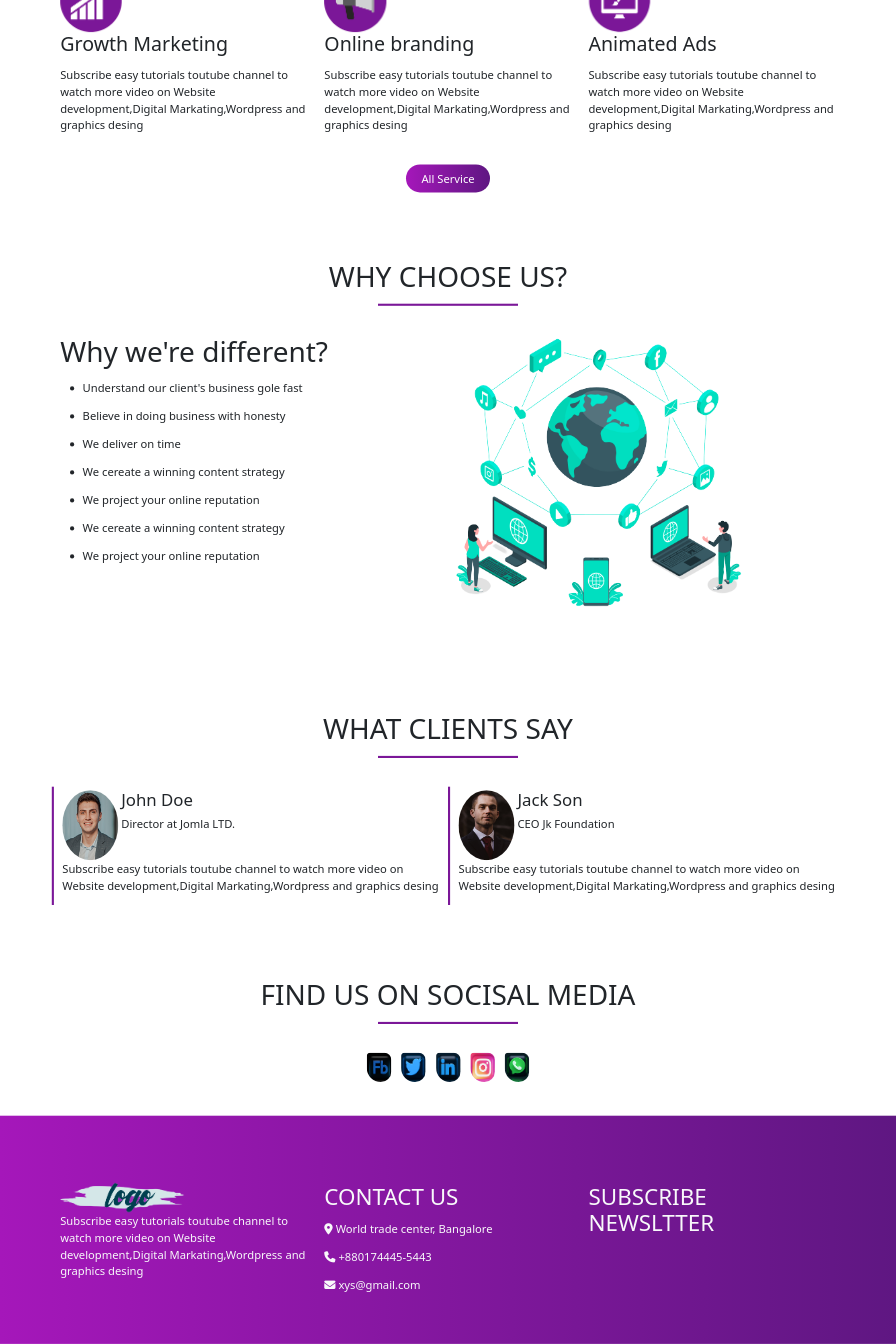
Repository: zjria/PSD-to-HTML-DIGITAL-AGENCY
Page: index.html
These files come from the project's save history. The page is drawn as it stood at one moment and after the next save; the edit follows.
The browser window is 1280 px wide. The pictures show the part of the page from y = 737 to 2657 px (the page is 2657 px tall before and 2652 px after), at 70% of full size.
Some web libraries are served in a nearby version.

Above is the page before, as saved 2022-05-11 23:14:11.

After the next save:
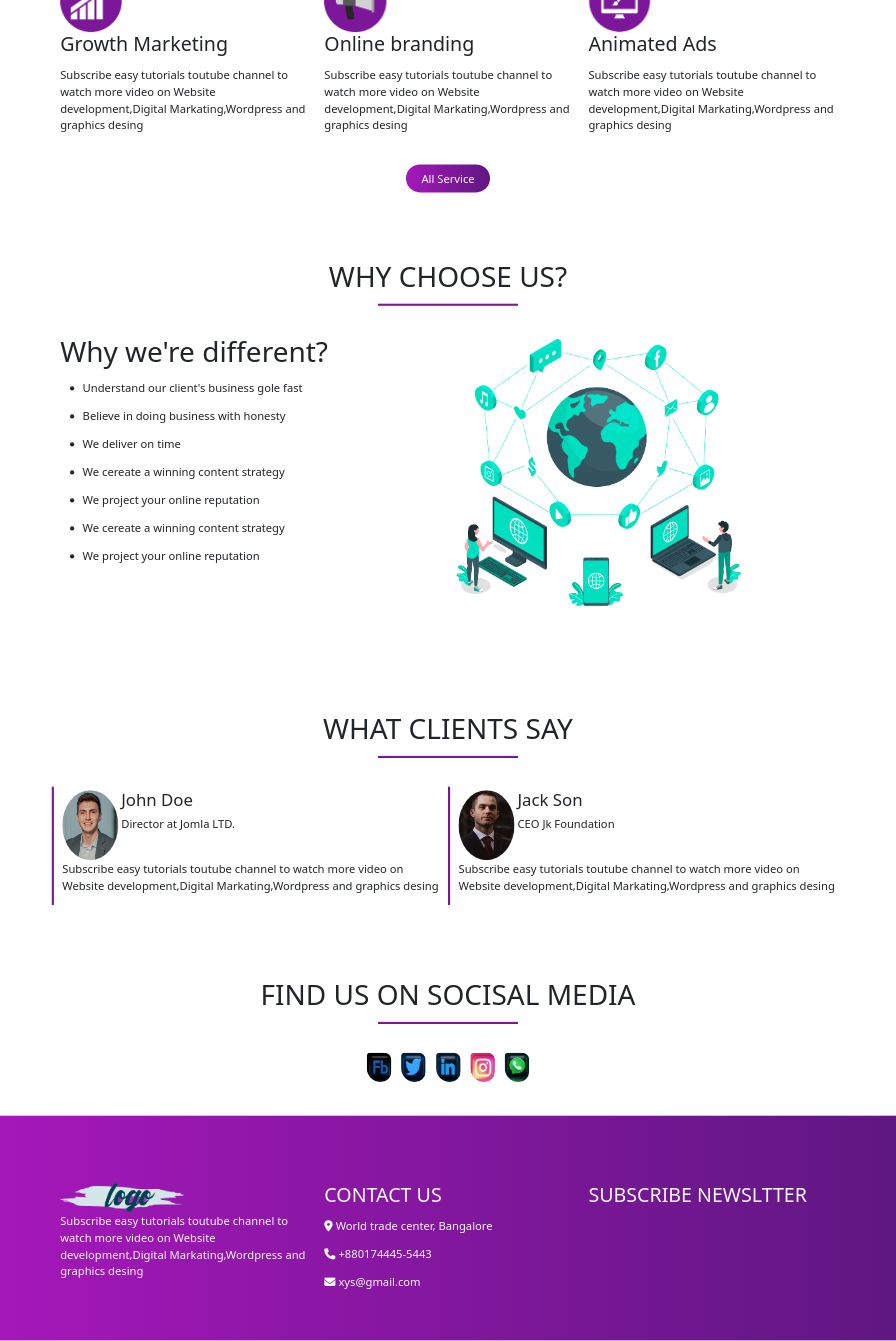
Saved 30 s later.
--- a/index.html
+++ b/index.html
@@ -185,13 +185,13 @@
               Subscribe easy tutorials toutube channel to watch more video on Website development,Digital Markating,Wordpress and graphics desing</p>
           </div>
           <div class="col-12 col-md-4 mb-2">
-            <h2 class="mb-3">CONTACT US</h2>
+            <h3 class="mb-3">CONTACT US</h3>
             <p><i class="fa-solid fa-location-dot"></i> World trade center, Bangalore</p>
             <p><i class="fa-solid fa-phone"></i> +880174445-5443</p>
             <p><i class="fa-solid fa-envelope"></i> xys@gmail.com</p>
           </div>
           <div class="col-12 col-md-4 mb-2">
-            <h2 class="mb-3">SUBSCRIBE NEWSLTTER</h2>
+            <h3 class="mb-3">SUBSCRIBE NEWSLTTER</h3>
 
           </div>
         </div>
